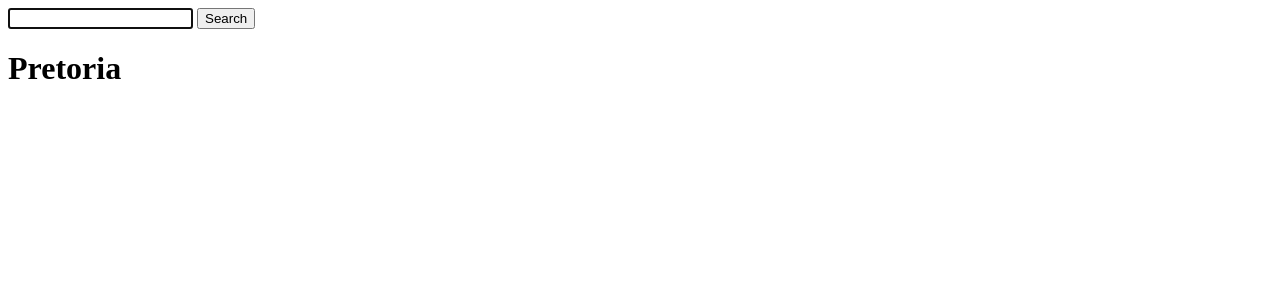
Repository: onalennaleso/empty
Page: weather.html
An editor plug-in stored every save of this project. The page is shown before and after the next save, followed by the edit.
The browser window is 1280 px wide. The pictures show the whole page.

Above is the page before, as saved 2024-02-22 04:24:01.

After the next save:
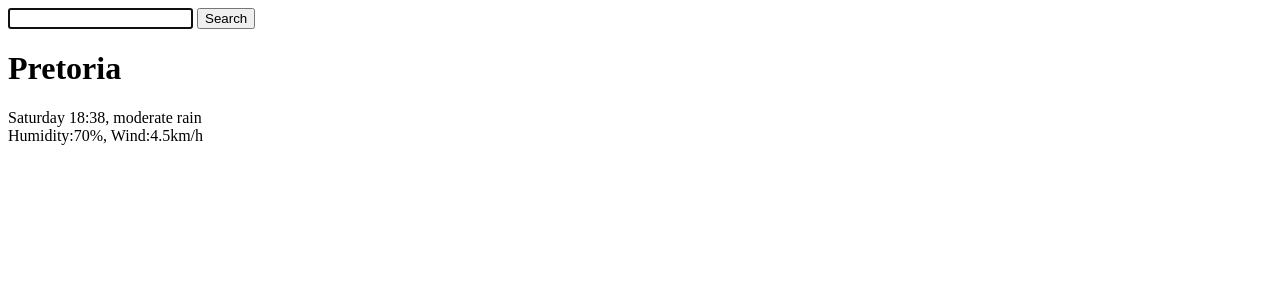
Saved 5 min 30 s later.
--- a/weather.html
+++ b/weather.html
@@ -15,7 +15,11 @@
     <h1>
         Pretoria
     </h1>
-
+    <p>
+        Saturday 18:38, moderate rain
+        <br />
+        Humidity:70%, Wind:4.5km/h
+    </p>
 
 </body>
 
